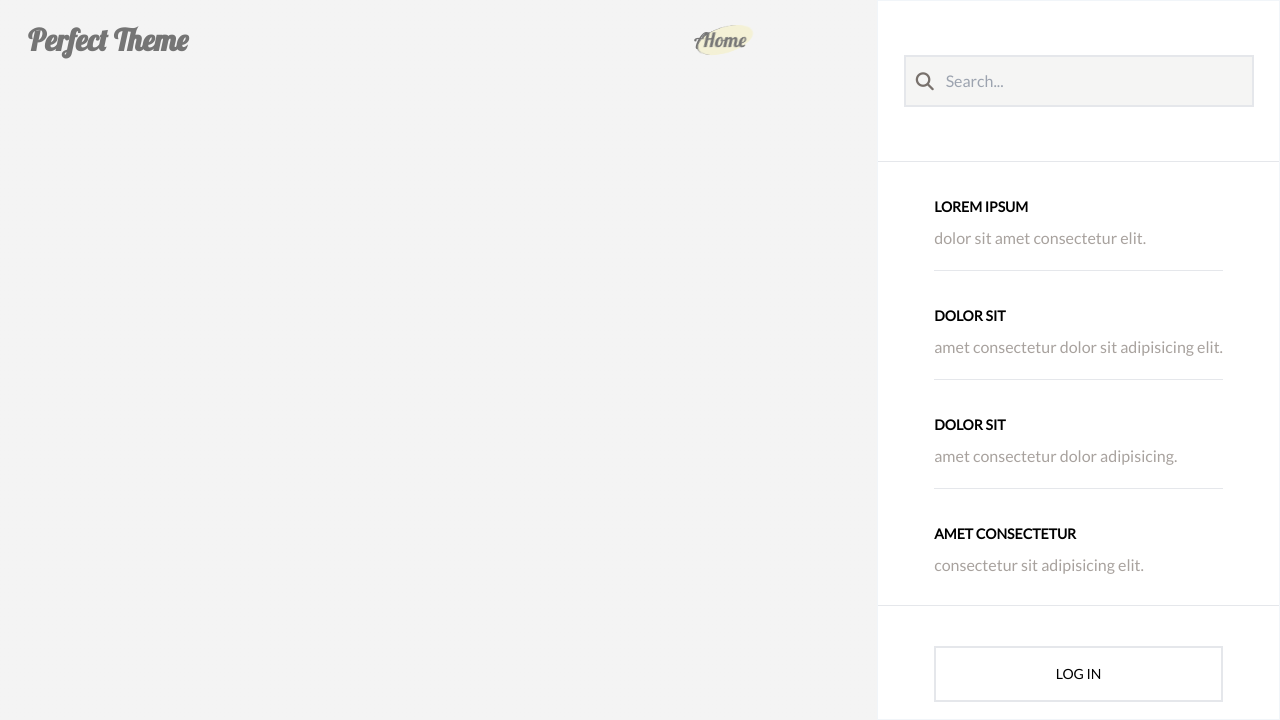
Repository: hsumyatm7308/laravel-blog
Page: blogweb/resources/views/blog/headerlayout.html
The author's editor kept a copy of each file at every save. The page is drawn from the files as they stood at one save, then again after the next save.
The browser window is 1280 px wide. The pictures show the whole page.
Some web libraries are served in a nearby version.

Above is the page before, as saved 2023-09-05 18:05:08.

### blogweb/resources/views/blog/headerlayout.html
<!DOCTYPE html>
<html>

<head>
    <title>@yield('title')</title>
    <script src="https://cdn.tailwindcss.com"></script>
    <link rel="stylesheet" href="https://cdnjs.cloudflare.com/ajax/libs/font-awesome/6.4.2/css/all.min.css">

</head>
<style>
    /* for nav  */
    @import url('https://fonts.googleapis.com/css2?family=Lobster&display=swap');
    /* for body  */
    @import url('https://fonts.googleapis.com/css2?family=Lato&display=swap');


    body {
        font-family: 'Lato', sans-serif;
    }

    nav {
        font-family: 'Lobster', cursive;
    }


    .container {
        width: 80%;
        height: auto;
        /* background-color: antiquewhite; */

        display: flex;
        justify-content: center;
        align-items: center;

        position: relative;


    }

    .navlabel {
        position: relative;
        /* background-color: aqua; */
    }

    .lictn {
        position: relative;
    }

    .skewtextctn,
    .skewtextctn2 {
        width: 50px;
        height: 30px;
        border-radius: 100%;
        border-left: 1px solid black;

        position: fixed;
        top: 25px;




        transform: skew(-40deg);

    }

    .skewtextctn {
        left: 700px;
    }

    .skewtextctn2 {
        left: 800px;
    }



    .article {
        position: fixed;
        left: 1px;

        top: 1px;
        transform: skew(40deg);

    }

    .skewtextctn:hover,
    .skewtextctn2:hover {
        transition: all .5s;
        background-color: rgb(51 65 85);
    }

    .skewtextctn:hover .article,
    .skewtextctn2:hover .article {
        color: #000;
    }
</style>

<body class="bg-[#ffff]">
    <nav class="w-[100vw] flex justify-center items-center">
        <h1 class="text-3xl font-semibold">Perfect Theme</h1>

        <div class="w-[80%] h-20 flex justify-center items-center container">
            <div class="flex justify-between items-center list-none navlabel">
                <li class="p-5 mr-4 lictn">
                    <div class="bg-yellow-100 skewtextctn">
                        <a href="" class="text-xl text-black article">Home</a>
                    </div>
                </li>

                <li class="p-5 mr-4">
                    <div class=" active">
                        <a href="" class="text-xl text-black ">Article</a>
                    </div>
                </li>
            </div>


        </div>

        <div class=" menu cursor-pointer">
            <span class="text-xs flex justify-center items-center flex-col">
                <div class="w-10 h-[2px] bg-black"></div>
                <span class="p-1 hover:self-end hover:text-yellow-500"> menu</span>
                <div class="w-10 h-[2px] bg-black font-semibold"></div>
            </span>
        </div>
    </nav>



    <div id="menu-modal"
        class="menu-modal w-[100%]  h-screen bg-[linear-gradient(rgba(233,233,233,.5),rgba(233,233,233,.5))] absolute left-0 top-0 flex justify-center items-center">
        <div id="blankspace" class="w-[100%] h-[100vh] p-0 ">

        </div>
        <div class="max-w-[500px] h-[100vh] bg-white absolute right-0 top-0  border border-slate-100">

            <div class="w-full h-40 flex justify-center items-center">
                <form action="" method="post" class="relative">
                    <i class="fa-solid fa-magnifying-glass text-stone-500 text-lg absolute left-3 top-[12px]"></i>
                    <input type="search"
                        class=" border-2 px-32 py-3 pl-10 bg-stone-100 font-thin focus:outline-none	focus:border focus:border-emerald-600 focus:ring-1 focus:ring-emerald-400"
                        placeholder="Search...">
                </form>
            </div>
            <hr>


            <div class="mt-4">
                <div class="px-14 py-4 group hover:text-emerald-600">
                    <li class="list-none pb-5 cursor-pointer">
                        <a href="" class="uppercase text-sm font-semibold group-hover:text-emerald-600">Lorem ipsum</a>
                        <p class="text-stone-400 mt-2 group-hover:text-emerald-600">dolor sit amet consectetur elit.</p>
                    </li>
                    <hr>
                </div>


                <div class="px-14 py-4 group hover:text-emerald-600">
                    <li class="list-none pb-5 cursor-pointer">
                        <a href="" class="uppercase text-sm font-semibold group-hover:text-emerald-600" >dolor sit</a>
                        <p class="text-stone-400 mt-2 group-hover:text-emerald-600"> amet consectetur dolor sit adipisicing elit.</p>

                    </li>
                    <hr>
                </div>


                <div class="px-14 py-4 group hover:text-emerald-600">
                    <li class="list-none pb-5 cursor-pointer">
                        <a href="" class="uppercase text-sm font-semibold  group-hover:text-emerald-600">dolor sit</a>
                        <p class="text-stone-400 mt-2 group-hover:text-emerald-600" > amet consectetur dolor adipisicing.</p>

                    </li>
                    <hr>
                </div>

                <div class="px-14 py-4 group hover:text-emerald-600">
                    <li class="list-none  pb-3 hover:text-emerald-400 cursor-pointer" >
                        <a href="" class="uppercase text-sm font-semibold group-hover:text-emerald-600">amet consectetur </a>
                        <p class="text-stone-400 mt-2 group-hover:text-emerald-600"> consectetur sit adipisicing elit.</p>

                    </li>

                </div>
                <hr class="mb-10">

                <div class=" px-14">
                    <div class="px-4 py-4 border-2 flex justify-center items-center mt-5 hover:border-emerald-600 hover:text-emerald-500 ">
                        <button class="uppercase text-sm">Log in</button>
                    </div>


                </div>
            </div>

        </div>

    </div>


    <script>
        const menumodal = document.getElementById("menu-modal");
        var menu = document.querySelector('.menu');
        menu.addEventListener('click', function () {
            menumodal.style.transition = "all 2s"
            menumodal.style.display = "block";

        })

        var blankspace = document.getElementById('blankspace');
        blankspace.addEventListener('click',()=>{
            console.log("hello");
            menumodal.style.display = "none";
        })

    </script>
</body>

</html>

After the next save:
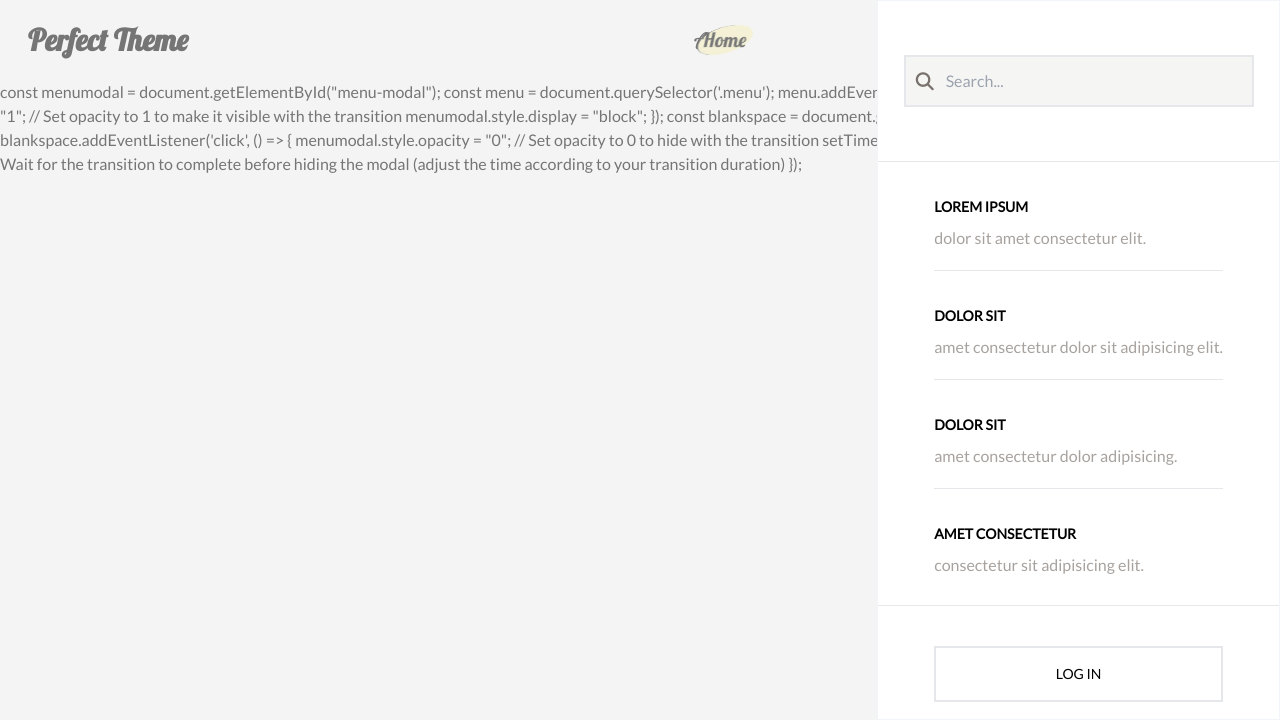
Saved 79 s later.
--- a/blogweb/resources/views/blog/headerlayout.html
+++ b/blogweb/resources/views/blog/headerlayout.html
@@ -198,22 +198,22 @@
     </div>
 
 
-    <script>
-        const menumodal = document.getElementById("menu-modal");
-        var menu = document.querySelector('.menu');
-        menu.addEventListener('click', function () {
-            menumodal.style.transition = "all 2s"
-            menumodal.style.display = "block";
-
-        })
-
-        var blankspace = document.getElementById('blankspace');
-        blankspace.addEventListener('click',()=>{
-            console.log("hello");
+    const menumodal = document.getElementById("menu-modal");
+    const menu = document.querySelector('.menu');
+
+    menu.addEventListener('click', function () {
+        menumodal.style.opacity = "1"; // Set opacity to 1 to make it visible with the transition
+        menumodal.style.display = "block";
+    });
+
+    const blankspace = document.getElementById('blankspace');
+    blankspace.addEventListener('click', () => {
+        menumodal.style.opacity = "0"; // Set opacity to 0 to hide with the transition
+        setTimeout(() => {
             menumodal.style.display = "none";
-        })
-
-    </script>
+        }, 500); // Wait for the transition to complete before hiding the modal (adjust the time according to your transition duration)
+    });
+
 </body>
 
 </html>

After the 2 saves that followed:
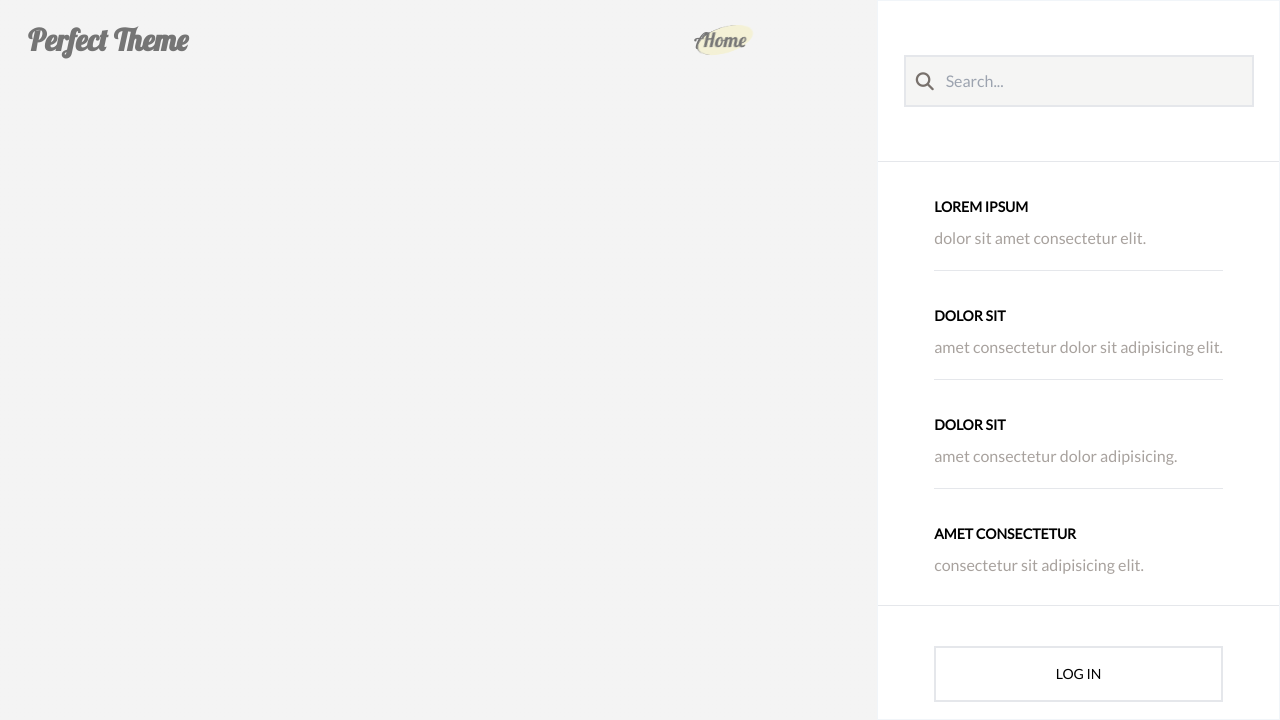
The 2 saves are shown as one change because they came seconds apart.
The last was saved 8 s later.
--- a/blogweb/resources/views/blog/headerlayout.html
+++ b/blogweb/resources/views/blog/headerlayout.html
@@ -157,8 +157,9 @@
 
                 <div class="px-14 py-4 group hover:text-emerald-600">
                     <li class="list-none pb-5 cursor-pointer">
-                        <a href="" class="uppercase text-sm font-semibold group-hover:text-emerald-600" >dolor sit</a>
-                        <p class="text-stone-400 mt-2 group-hover:text-emerald-600"> amet consectetur dolor sit adipisicing elit.</p>
+                        <a href="" class="uppercase text-sm font-semibold group-hover:text-emerald-600">dolor sit</a>
+                        <p class="text-stone-400 mt-2 group-hover:text-emerald-600"> amet consectetur dolor sit
+                            adipisicing elit.</p>
 
                     </li>
                     <hr>
@@ -168,16 +169,19 @@
                 <div class="px-14 py-4 group hover:text-emerald-600">
                     <li class="list-none pb-5 cursor-pointer">
                         <a href="" class="uppercase text-sm font-semibold  group-hover:text-emerald-600">dolor sit</a>
-                        <p class="text-stone-400 mt-2 group-hover:text-emerald-600" > amet consectetur dolor adipisicing.</p>
+                        <p class="text-stone-400 mt-2 group-hover:text-emerald-600"> amet consectetur dolor adipisicing.
+                        </p>
 
                     </li>
                     <hr>
                 </div>
 
                 <div class="px-14 py-4 group hover:text-emerald-600">
-                    <li class="list-none  pb-3 hover:text-emerald-400 cursor-pointer" >
-                        <a href="" class="uppercase text-sm font-semibold group-hover:text-emerald-600">amet consectetur </a>
-                        <p class="text-stone-400 mt-2 group-hover:text-emerald-600"> consectetur sit adipisicing elit.</p>
+                    <li class="list-none  pb-3 hover:text-emerald-400 cursor-pointer">
+                        <a href="" class="uppercase text-sm font-semibold group-hover:text-emerald-600">amet consectetur
+                        </a>
+                        <p class="text-stone-400 mt-2 group-hover:text-emerald-600"> consectetur sit adipisicing elit.
+                        </p>
 
                     </li>
 
@@ -185,7 +189,8 @@
                 <hr class="mb-10">
 
                 <div class=" px-14">
-                    <div class="px-4 py-4 border-2 flex justify-center items-center mt-5 hover:border-emerald-600 hover:text-emerald-500 ">
+                    <div
+                        class="px-4 py-4 border-2 flex justify-center items-center mt-5 hover:border-emerald-600 hover:text-emerald-500 ">
                         <button class="uppercase text-sm">Log in</button>
                     </div>
 
@@ -198,22 +203,25 @@
     </div>
 
 
-    const menumodal = document.getElementById("menu-modal");
-    const menu = document.querySelector('.menu');
-
-    menu.addEventListener('click', function () {
-        menumodal.style.opacity = "1"; // Set opacity to 1 to make it visible with the transition
-        menumodal.style.display = "block";
-    });
-
-    const blankspace = document.getElementById('blankspace');
-    blankspace.addEventListener('click', () => {
-        menumodal.style.opacity = "0"; // Set opacity to 0 to hide with the transition
-        setTimeout(() => {
-            menumodal.style.display = "none";
-        }, 500); // Wait for the transition to complete before hiding the modal (adjust the time according to your transition duration)
-    });
-
+    <script>
+        const menumodal = document.getElementById("menu-modal");
+        const menu = document.querySelector('.menu');
+
+        menu.addEventListener('click', function () {
+            menumodal.style.opacity = "1"; // Set opacity to 1 to make it visible with the transition
+            menumodal.style.display = "block";
+        });
+
+        const blankspace = document.getElementById('blankspace');
+        blankspace.addEventListener('click', () => {
+            menumodal.style.opacity = "0"; // Set opacity to 0 to hide with the transition
+            setTimeout(() => {
+                menumodal.style.display = "none";
+            }, 500); // Wait for the transition to complete before hiding the modal (adjust the time according to your transition duration)
+        });
+
+
+    </script>
 </body>
 
 </html>
